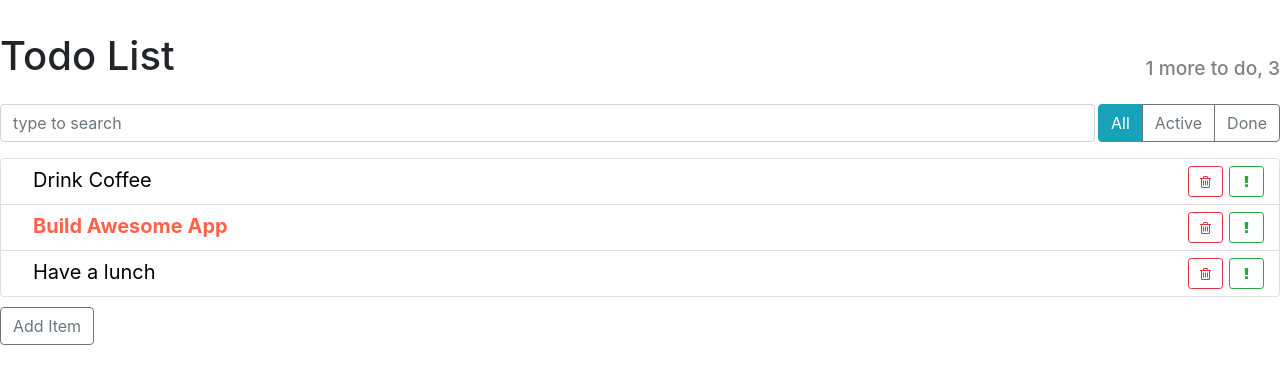
Repository: max535/react-todo-list
Page: /
An editor plug-in stored every save of this project. The page is shown before and after a run of saves, followed by the edit.
The browser window is 1280 px wide. The pictures show the whole page.
The project was rebuilt for these pictures with package versions that can differ from the ones it lists, and the page was loaded fresh each time.

Above is the page before, as saved 2022-01-17 00:19:00.

After the next 2 saves:
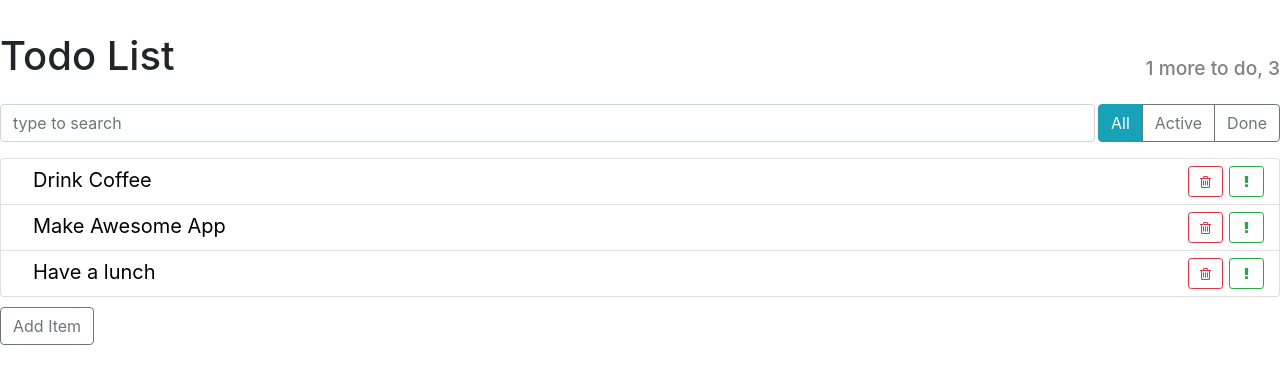
The 2 saves are shown as one change because they came seconds apart.
The last was saved 79 s later.
--- a/src/components/App/index.jsx
+++ b/src/components/App/index.jsx
@@ -13,9 +13,9 @@ export class App extends React.Component {
 
     state = {
         todoData: [
-            {label: 'Drink Coffee', important: false, id: 1},
-            {label: 'Build Awesome App', important: true, id: 2},
-            {label: 'Have a lunch', impportant: false, id: 3},
+            this.createTodoItem('Drink Coffee'),
+            this.createTodoItem('Make Awesome App'),
+            this.createTodoItem('Have a lunch'),
         ],
     };
 
